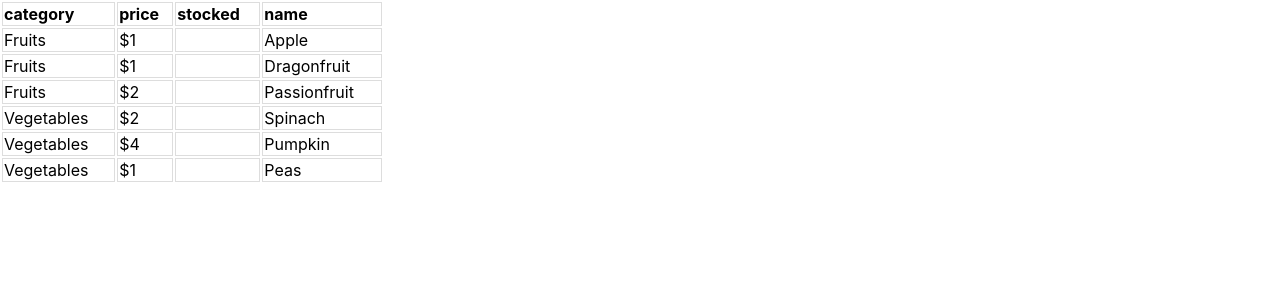
Repository: mariocapitbrok/reactjs-learn
Page: / (app in 05_filtered-data-table/)
The author's editor kept a copy of each file at every save. The page is drawn from the files as they stood at one save, then again after the next save.
The browser window is 1280 px wide. The pictures show the whole page.
The project was rebuilt for these pictures with package versions that can differ from the ones it lists, and the page was loaded fresh each time.

Above is the page before, as saved 2023-02-25 22:38:04.

After the next save:
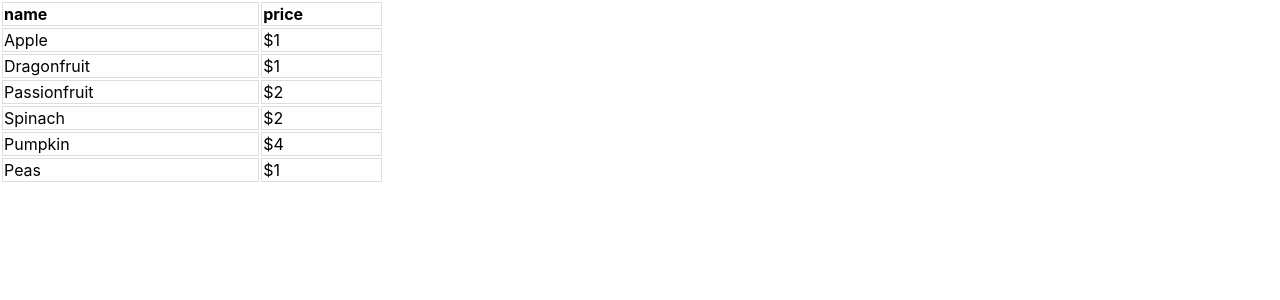
Saved 34 s later.
--- a/05_filtered-data-table/src/App.js
+++ b/05_filtered-data-table/src/App.js
@@ -13,7 +13,7 @@ function App() {
 export default App
 
 const StyledTable = styled(Table).attrs(props => ({
-  data: PRODUCTS,
+  data: data,
 }))``
 
 const PRODUCTS = [
@@ -25,9 +25,7 @@ const PRODUCTS = [
   { category: 'Vegetables', price: '$1', stocked: true, name: 'Peas' },
 ]
 
-const data = PRODUCTS.map(p => {
-  return {
-    name: p.name,
-    price: p.price,
-  }
-})
+const data = PRODUCTS.map(p => ({
+  name: p.name,
+  price: p.price,
+}))
